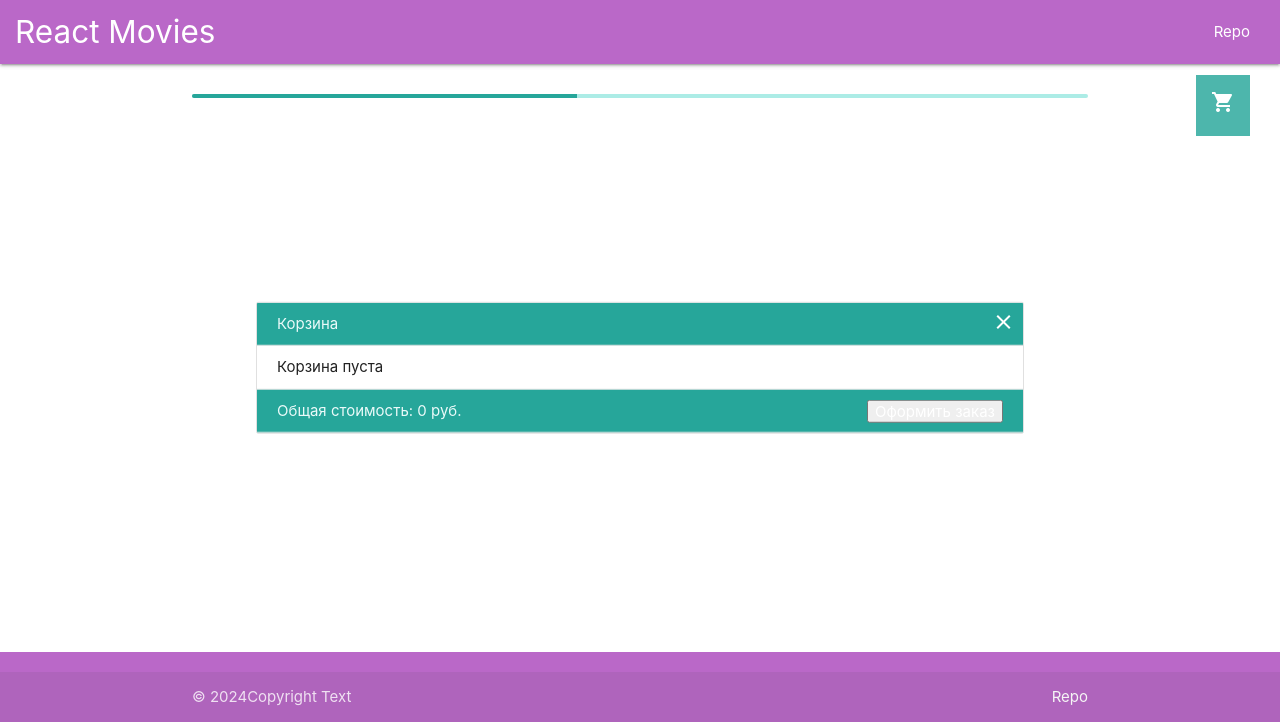
Repository: iveivs/mNepRe
Page: / (app in vitrina/), after clicking the first element matching `div.cart`
These files come from the project's save history. The page is drawn as it stood at one moment and after a run of saves; the edit follows.
The browser window is 1280 px wide. The pictures show the whole page.
The page's requests for data from a server got no answer. The project was rebuilt for these pictures with package versions that can differ from the ones it lists, and the page was loaded fresh each time. No one was signed in, and anything a server would have sent is missing. Also part of the build but not shown: vitrina/src/components/GoodsItem.jsx, vitrina/src/components/GoodsList.jsx, vitrina/src/components/BasketItem.jsx.

Above is the page before, as saved 2024-01-27 18:06:16.

After the next 4 saves:
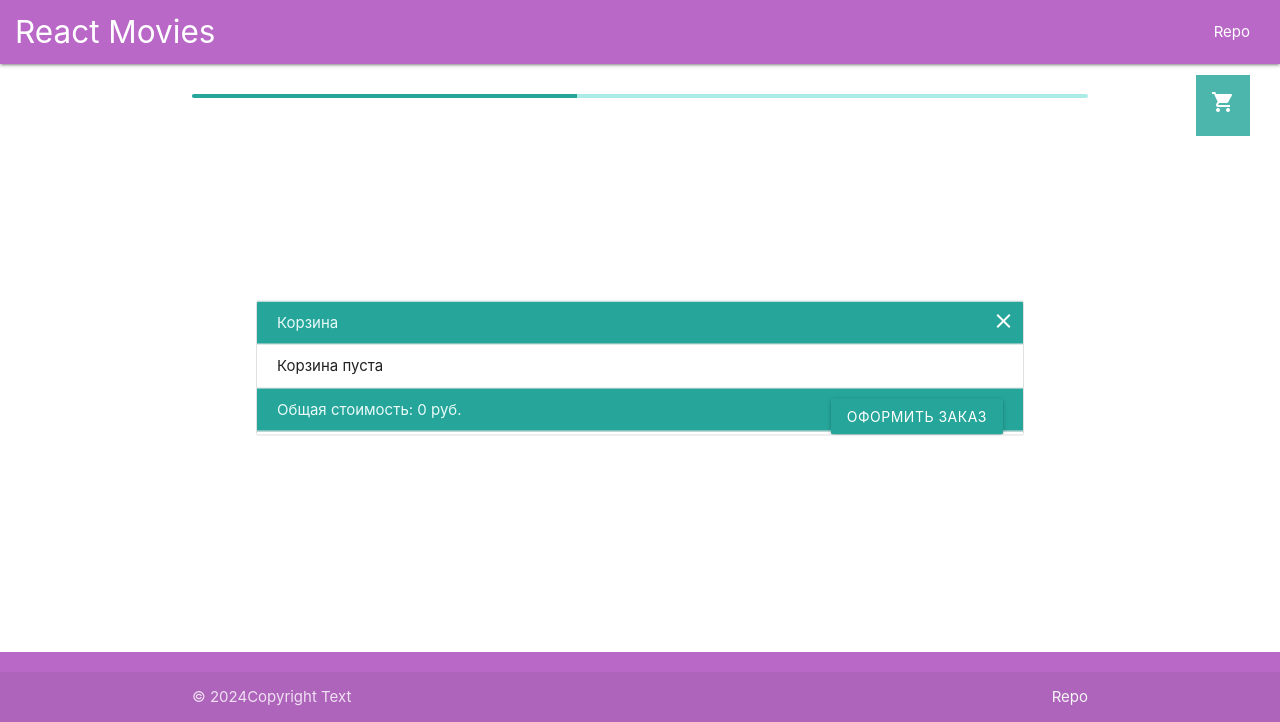
The 4 saves are shown as one change because they came seconds apart.
The last was saved 16 s later.
--- a/vitrina/src/components/BasketList.jsx
+++ b/vitrina/src/components/BasketList.jsx
@@ -25,7 +25,7 @@ function BasketList (props) {
                 )) : <li className="collection-item"> Корзина пуста</li>
             }
         <li className="collection-item active">Общая стоимость: {totalPrice} руб.
-            <button className="secondary-content">Оформить заказ</button>
+            <button className="secondary-content btn">Оформить заказ</button>
         </li>
         <i className="material-icons basket-close" onClick={handleBasketShow}>close</i>
     </ul>
